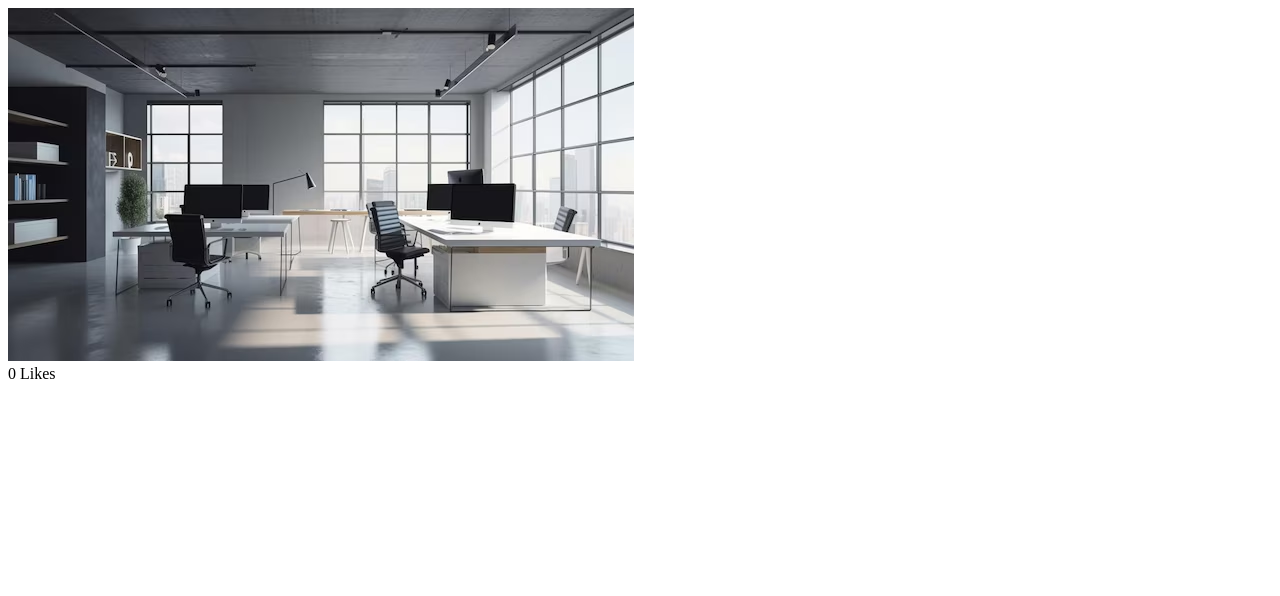
Repository: Chaimaa482/web2-tp2
Page: likes.html
These files come from the project's save history. The page is drawn as it stood at one moment and after the next save; the edit follows.
The browser window is 1280 px wide. The pictures show the whole page.

Above is the page before, as saved 2024-02-12 10:47:55.

### likes.html
<!DOCTYPE html>
<html lang="en">
<head>
<meta charset="UTF-8">
<meta name="viewport" content="width=device-width, initial-scale=1.0">
<title>Like Counter</title>
<style>
  .like {
    cursor: pointer;
  }
</style>
</head>
<body>

<img src="office.avif" alt="Picture" class="likeable">
<div id="likeCount">0 Likes ♥</div>

<script>
document.addEventListener('DOMContentLoaded', function() {
  // Get current like count from localStorage
  let likeCount = localStorage.getItem('likeCount');
  if (!likeCount) {
    localStorage.setItem('likeCount', 0);
    likeCount = 0;
  }

  // Display current like count
  document.getElementById('likeCount').textContent = likeCount + ' Likes';

  // Add event listener for clicks on the image
  document.querySelector('.likeable').addEventListener('click', function() {
    // Increment like count
    likeCount++;
    // Update like count display
    document.getElementById('likeCount').textContent = likeCount + ' Likes';
    // Store updated like count in localStorage
    localStorage.setItem('likeCount', likeCount);
  });
});
</script>

</body>
</html>

After the next save:
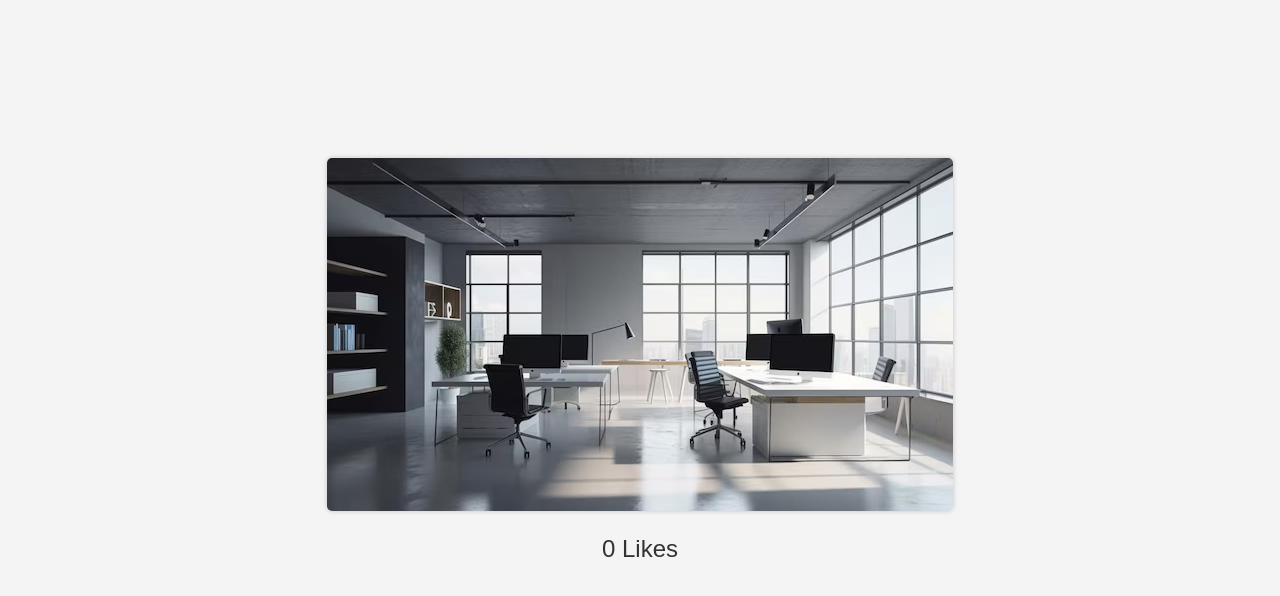
Saved 2 min 4 s later.
--- a/likes.html
+++ b/likes.html
@@ -5,15 +5,45 @@
 <meta name="viewport" content="width=device-width, initial-scale=1.0">
 <title>Like Counter</title>
 <style>
-  .like {
+  body {
+    font-family: Arial, sans-serif;
+    margin: 0;
+    padding: 0;
+    display: flex;
+    justify-content: center;
+    align-items: center;
+    height: 100vh;
+    background-color: #f4f4f4;
+  }
+
+  .container {
+    text-align: center;
+  }
+
+  .likeable {
     cursor: pointer;
+    border-radius: 5px;
+    box-shadow: 0 0 5px rgba(0, 0, 0, 0.2);
+    transition: transform 0.2s ease-in-out;
+  }
+
+  .likeable:hover {
+    transform: scale(1.05);
+  }
+
+  #likeCount {
+    margin-top: 20px;
+    font-size: 24px;
+    color: #333;
   }
 </style>
 </head>
 <body>
 
-<img src="office.avif" alt="Picture" class="likeable">
-<div id="likeCount">0 Likes ♥</div>
+<div class="container">
+  <img src="office.avif" alt="Picture" class="likeable">
+  <div id="likeCount">0 Likes</div>
+</div>
 
 <script>
 document.addEventListener('DOMContentLoaded', function() {
